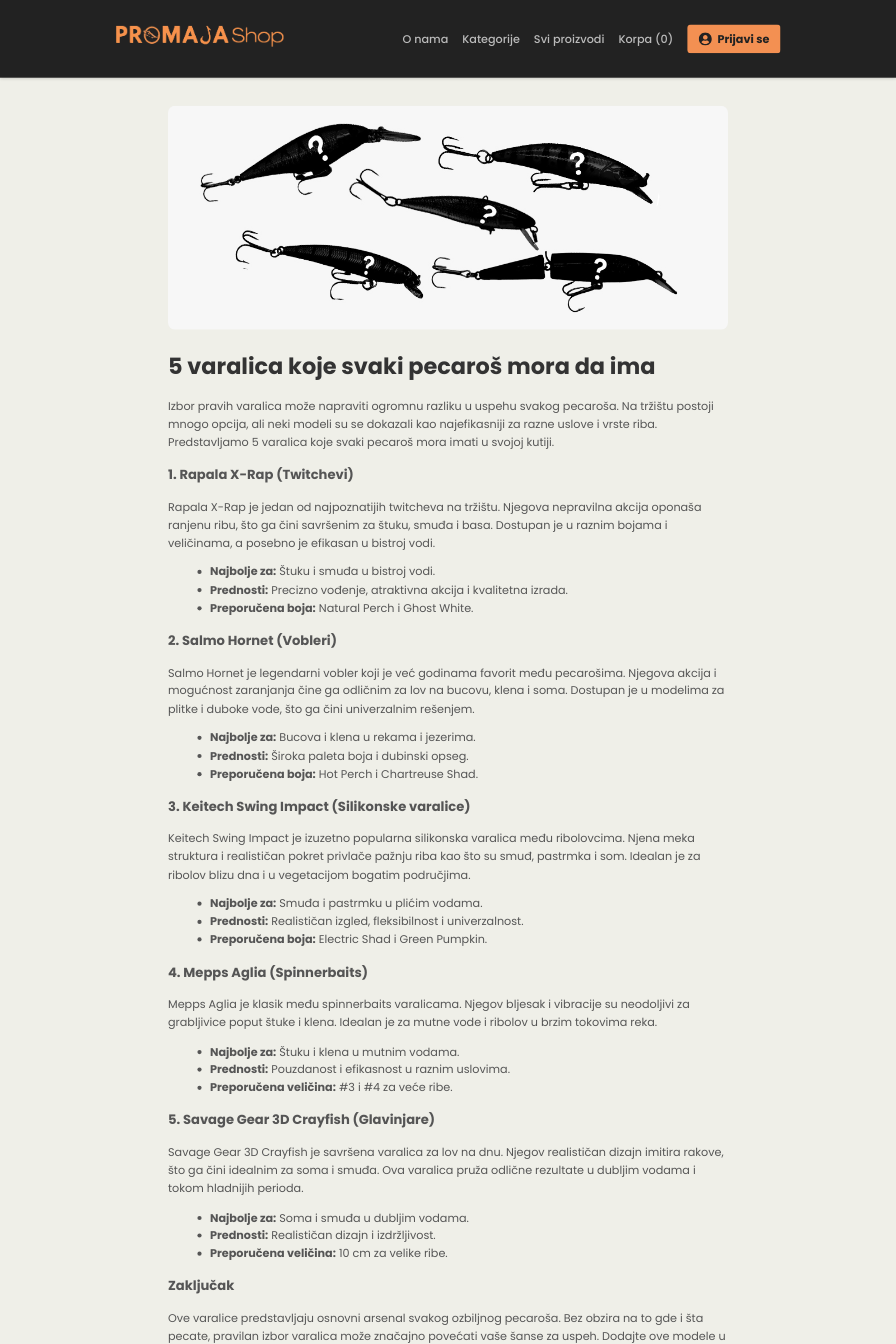
Repository: dimitrijekokovic/PromajaShopFront
Page: /blog/varalice-koje-treba-imati
These files come from the project's save history. The page is drawn as it stood at one moment and after the next save; the edit follows.
The browser window is 1280 px wide. The pictures show the part of the page from y = 0 to 1920 px (the page is 2440 px tall before and 2585 px after), at 70% of full size.
The page's requests for data from a server got no answer. The project was rebuilt for these pictures with package versions that can differ from the ones it lists, and the page was loaded fresh each time. The framework's server and built-in components were replaced by stand-ins that run in the browser. No one was signed in, and anything a server would have sent is missing. Also part of the build but not shown: next.config.js, next.config.mjs, components/Breadcrumb.js.

Above is the page before, as saved 2025-02-05 01:55:25.

After the next save:
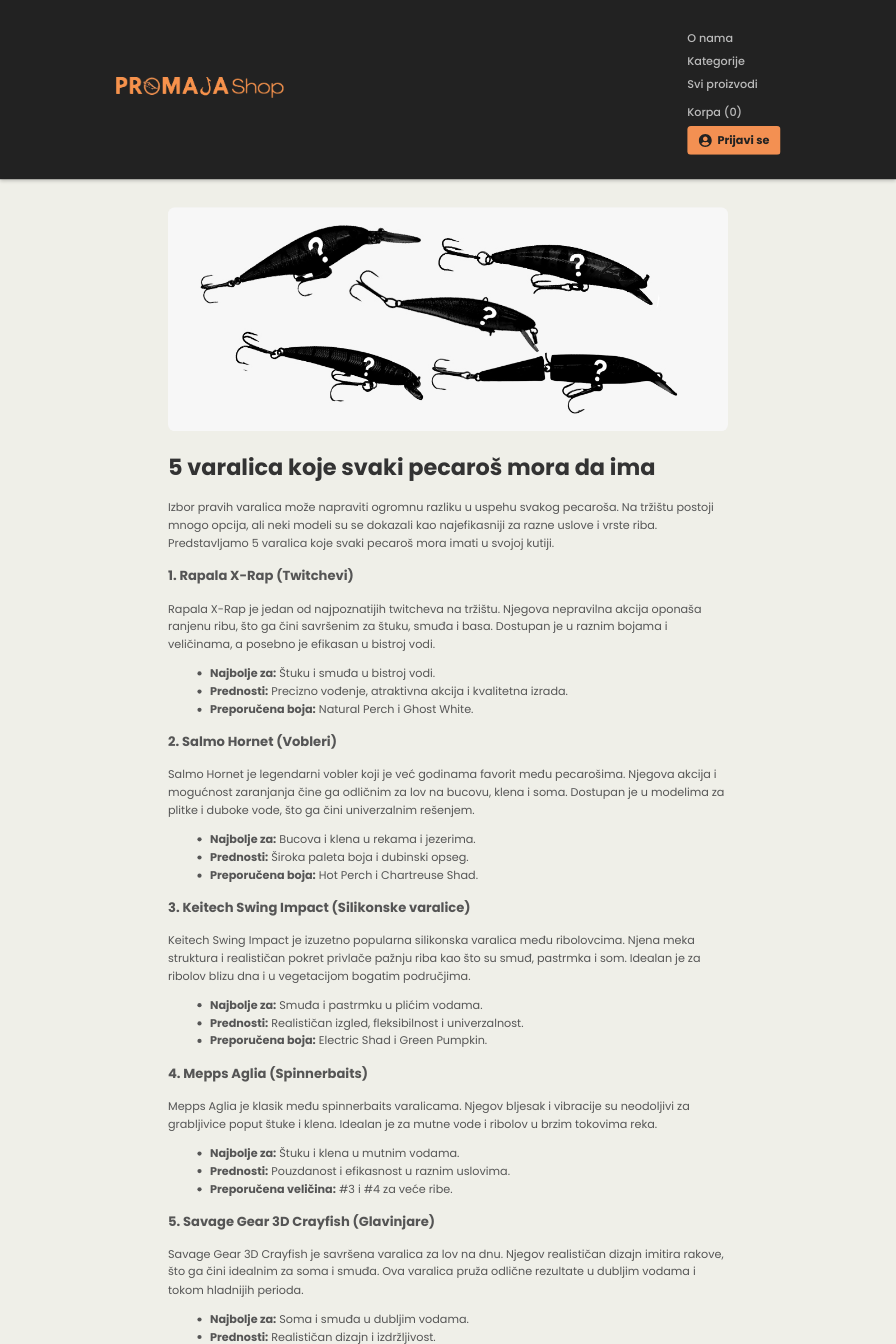
Saved 49 s later.
--- a/components/Header.js
+++ b/components/Header.js
@@ -21,7 +21,7 @@
 `;
 
 const StyledNav = styled.nav`
-  display: flex;
+  display: absolute;
   gap: 20px;
   align-items: center;
 

After the 5 saves that followed:
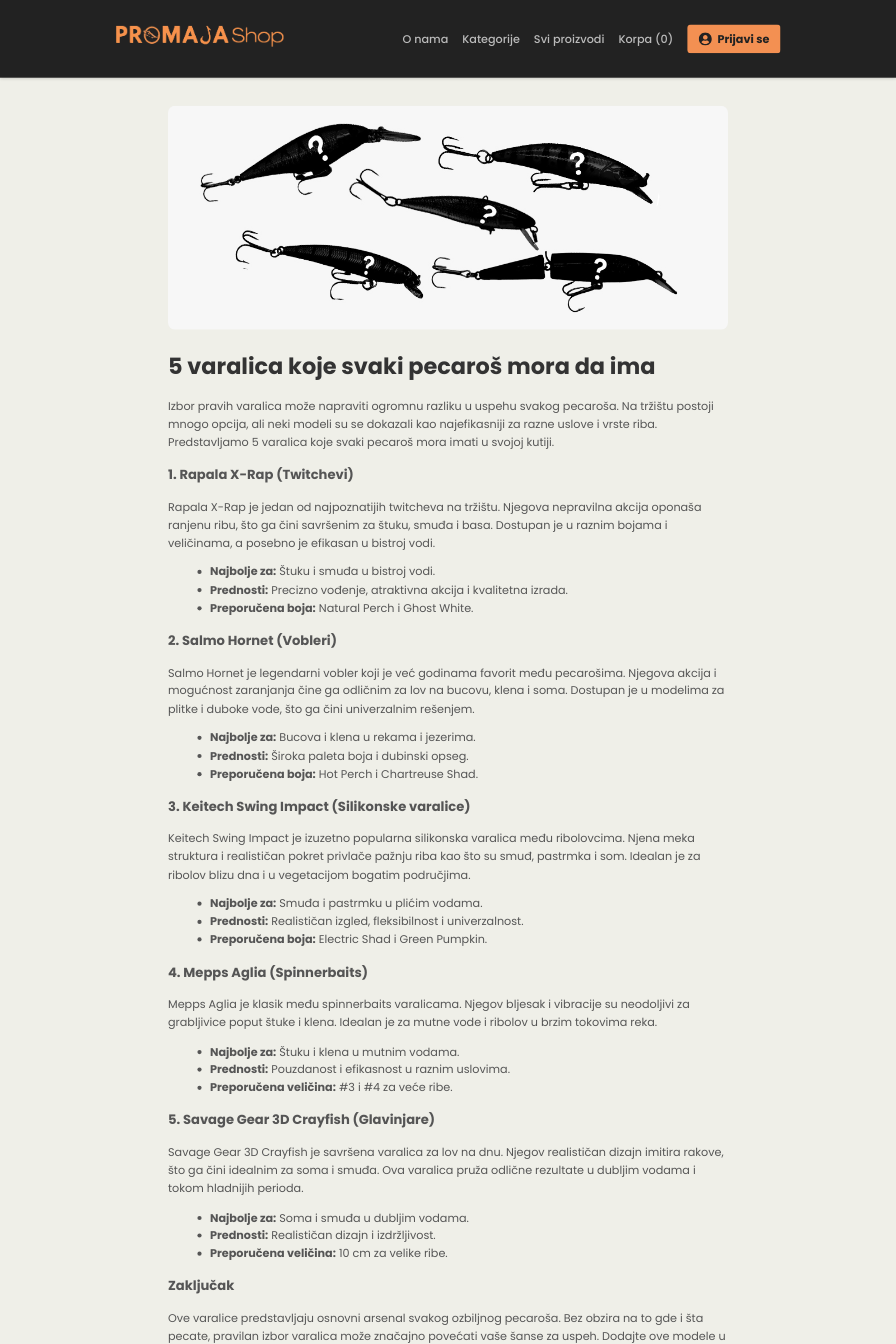
The 5 saves are shown as one change because 3 left the picture as it was and some came seconds apart.
The last was saved 88 s later.
--- a/components/Header.js
+++ b/components/Header.js
@@ -12,6 +12,8 @@
   color: #FFA500;
   padding: 35px 25px;
   box-shadow: 0 2px 5px rgba(0, 0, 0, 0.2);
+  position: relative; /* Dodaj */
+  z-index: 9999; /* Osiguraj da je iznad svega */
 `;
 
 const Wrapper = styled.div`
@@ -21,9 +23,10 @@
 `;
 
 const StyledNav = styled.nav`
-  display: absolute;
+  display: flex;
   gap: 20px;
   align-items: center;
+    overflow: visible; /* Dodaj ovo */
 
   @media (max-width: 768px) {
     display: ${(props) => (props.open ? "flex" : "none")};
--- a/components/CategoriesDropdown.js
+++ b/components/CategoriesDropdown.js
@@ -24,7 +24,7 @@
   }
 `;
 const DropdownMenu = styled.ul`
-   position: absolute;
+  position: absolute;
   top: 40px;
   left: 0;
   background: #222;
@@ -32,11 +32,11 @@
   border-radius: 8px;
   box-shadow: 0 8px 15px rgba(0, 0, 0, 0.2);
   list-style: none;
-  z-index: 99999;
+  z-index: 99999; /* Povecaj ovu vrednost */
   width: 250px;
-  max-height: ${(props) => (props.$isOpen ? "500px" : "0")};
-  overflow: hidden;
-  transition: max-height 0.3s ease-in-out;
+  display: ${(props) => (props.$isOpen ? "block" : "none")};
+  opacity: ${(props) => (props.$isOpen ? "1" : "0")};
+  visibility: ${(props) => (props.$isOpen ? "visible" : "hidden")};
 
   li {
     margin: 10px 0;
